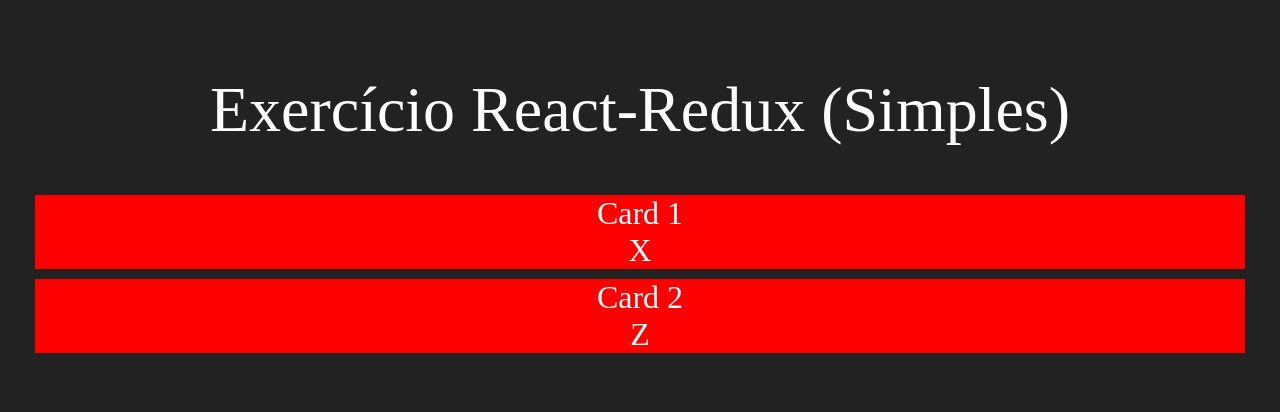
Repository: eversonps/redux-simples
Page: /
An editor plug-in stored every save of this project. The page is shown before and after the next save, followed by the edit.
The browser window is 1280 px wide. The pictures show the whole page.
The project was rebuilt for these pictures with package versions that can differ from the ones it lists, and the page was loaded fresh each time.

Above is the page before, as saved 2022-03-10 17:43:28.

After the next save:
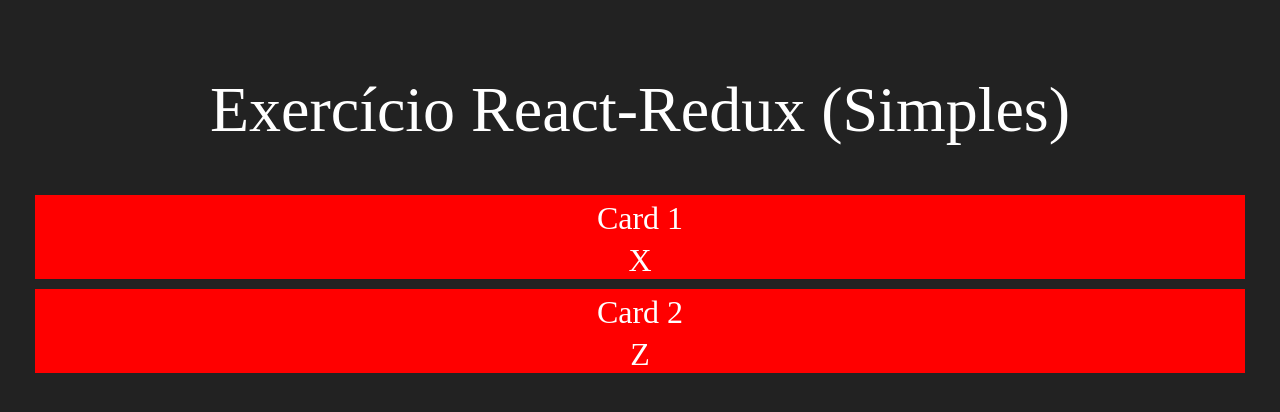
Saved 69 s later.
--- a/src/components/Card.css
+++ b/src/components/Card.css
@@ -10,3 +10,7 @@
     display: flex;
     justify-content: center;
 }
+
+.Card .Header .Title{
+    padding: 5px;
+}
